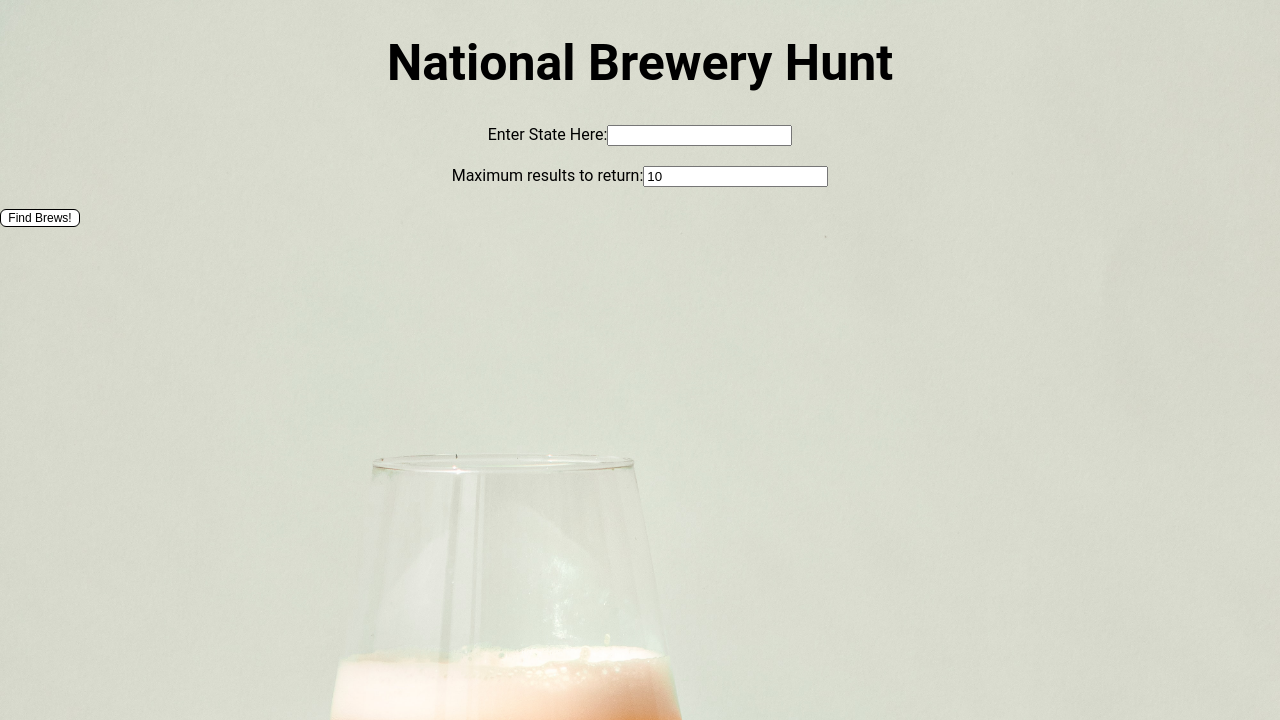
Repository: kaitlynMidori/searchBrews
Page: index.html
The author's editor kept a copy of each file at every save. The page is drawn from the files as they stood at one save, then again after the next save.
The browser window is 1280 px wide. The pictures show the whole page.

Above is the page before, as saved 2021-01-08 14:15:44.

### index.html
<!DOCTYPE html>
<html lang="en">

<head>
    <meta charset="UTF-8" />
    <meta name="viewport" content="width=device-width, initial-scale=1.0" />
    <meta http-equiv="X-UA-Compatible" content="ie=edge" />
    <title>National Brewery Hunt</title>
    <link rel="stylesheet" href="style.css" />
</head>

<body>
    <div id="container">
        <h1>National Brewery Hunt</h1>

        <form id="search-form">
            <p>
                <label for="by_state">Enter State Here:</label>
                    <input type="text" name="by_state" id="by_state" required />
            </p>

            <p>
                <label for="max-results">Maximum results to return: </label>
                    <input type="number" name="max-results" id="max-results" value="10" />
            </p>

                <input type="submit" value="Find Brews!" class="submit" />
        </form>

        <p id="error-message"></p>
        <section id="results" class="hidden">
            <h2>Search results</h2>
            <ol id="results-list"></ol>
        </section>
    </div>
    <script src="https://code.jquery.com/jquery-3.3.1.js" integrity="sha256-2Kok7MbOyxpgUVvAk/HJ2jigOSYS2auK4Pfzbm7uH60=" crossorigin="anonymous"></script>
    <script src="app.js"></script>
</body>

</html>
<!-- This app doesn't follow a11y best practices, and the JS file is incomplete. Complete the getBreweries, displayResults, and watchSubmit functions. When you're done, this app should allow a user to search for a state, and display a list of breweries in that state. The list should include the brewery's name and a link to their website. You should make requests to this API: https://www.openbrewerydb.org/ . Make any necessary adjustments to make this app accessible. -->

### style.css

body {
    font-family: "Roboto", sans-serif;
    color: black;
    margin: 0;
    background: cover;
    background-image: url("screenshots/beer.jpg");
    background-repeat: repeat;
    background-size: cover;
    background-color: black;
}

.results-amount {
    border: 1px solid black;
    font-size: 12px;
    text-align: center;
}

.hidden {
    display: none;
}

h1  {
    text-align: center;
    font-size: 50px;
}

/* .search-form {
    text-align: center;
    display: flex;
    flex-direction: column;
    width: auto;
    border: 1px solid black;
    padding: 30px;
    margin-left: 100px;
    margin-right: 100px;
    margin-bottom: 50px;
    border-radius: 8px;
} */

legend {
    text-align: center;
}

p {
    margin: 5px;
    display: flex;
    width: auto;
    justify-content: center;
    margin: 20px 0 20px 0;
}

.results-amount {
    margin: auto;
    width: 50px;
    height: 25px;
    padding: 0px;
    text-align: center;
    margin-bottom: 10px;
    margin-top: 10px;
    border-radius: 6px;
}

.submit {
    border: 1px solid black;
    background-color: white;
    justify-content: center;
    margin-left: auto;
    margin-right: auto;
    width: 80px;
    height: 18px;
    border-radius: 6px;
    padding: 1px;
    font-size: 12px;
}

form .submit {
    justify-content: center;
}


.submit:hover {
    cursor: pointer;
}

.results-amount:hover {
    cursor: text;
}


/*Results Styling*/

.results-display-container {
    margin: auto;
}

.single-result {
    border: 1px solid rgb(177, 175, 175);
    margin: auto;
    border-radius: 8px;
    box-shadow: -1px 2px rgb(209, 209, 209);
    padding: 15px;
    width: 1000px;
    margin-bottom: 15px;
}

### app.js
"use strict";

const searchURL = ("https://api.openbrewerydb.org/breweries");

 //format query params
function formatQueryParams(params) {
    //return object array with params
   const queryItems = Object.keys(params)
   //produce object map param string key
     .map(key => `${key}=${params[key]}`)
     //return array as string
   return queryItems.join('&');
 }

function displayResults(responseJson, maxResults) {

    // if there are previous results, remove them
    console.log(responseJson);
    $("#results-list").empty();

    // iterate through the data array
    // list brewery name, city, url
    for (let i = 0; i < responseJson.length; i++) {
    $("#results-list").append(`<li class="each-product-result">

    <h3 class="product-name">${responseJson[i].name}</h3>
    <p class="product-price">${responseJson[i].city}</p>
    <p>Brewery page: <a href=${responseJson[i].website_url}>${responseJson[i].website_url}</a></p><br>
    <br>
    </li>`
      )
  };
    //display the results section
    $("#results").removeClass("hidden");
}

//getBreweries function
function getBreweries(query, maxResults) {
    //set API paramaters
    const params = {
        by_state: query,
        per_page: maxResults,
    };
    //declare queryString as formatQueryParams
    const queryString = formatQueryParams(params);
    //declare url to bind user input string to searchUrl
    const url = searchURL + "?" + queryString;
    console.log(url);
    //initiate fetch request using pure promise to get JSON object
    fetch(url)
    //check for resolved promise
        .then((response) => {
            // if response = true
            if (response.ok) {
                //return response object
                return response.json();
            }
            //raise exception to reject promise error and trigger .catch
            throw new Error(response.statusText);
        })
        .then((responseJson) => displayResults(responseJson, maxResults))
        //Catch any errors and return message
        .catch((err) => {
            $("#error-message").text(`Something went wrong: ${err.message}`);
        });
}

function watchForm() {
    // Bind an event handler to the “submit” JavaScript event
    $("form").submit((event) => {
        // If this method is called, the default action of the event will not be triggered.
        event.preventDefault();
        let by_state = $("#by_state").val();
	// by_state = by_state.replace(/\s/g, '');
        const maxResults = $("#max-results").val();
        getBreweries(by_state, maxResults);
    });
}

//call jQuery to pass in callback function when page loads
$(watchForm);

After the next save:
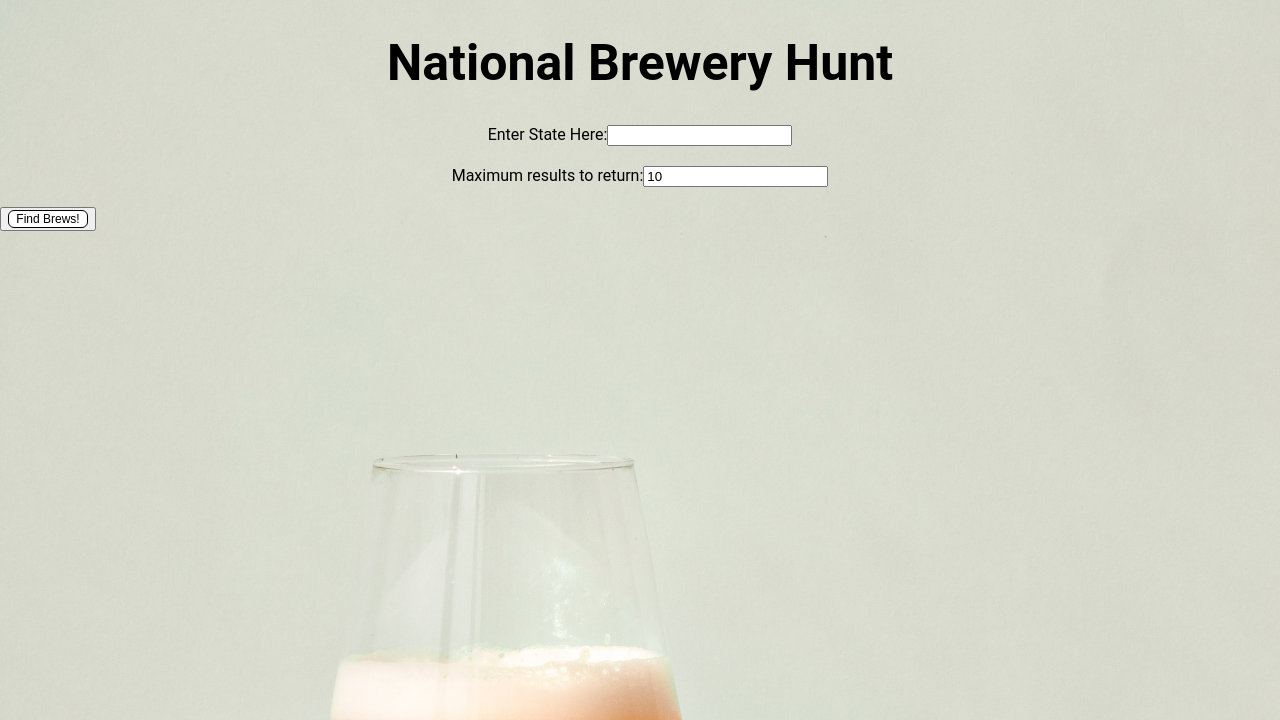
Saved 2 min 38 s later.
--- a/index.html
+++ b/index.html
@@ -23,8 +23,8 @@
                 <label for="max-results">Maximum results to return: </label>
                     <input type="number" name="max-results" id="max-results" value="10" />
             </p>
+                <button><input type="submit" value="Find Brews!" class="submit" /></button>
 
-                <input type="submit" value="Find Brews!" class="submit" />
         </form>
 
         <p id="error-message"></p>

After the save that followed:
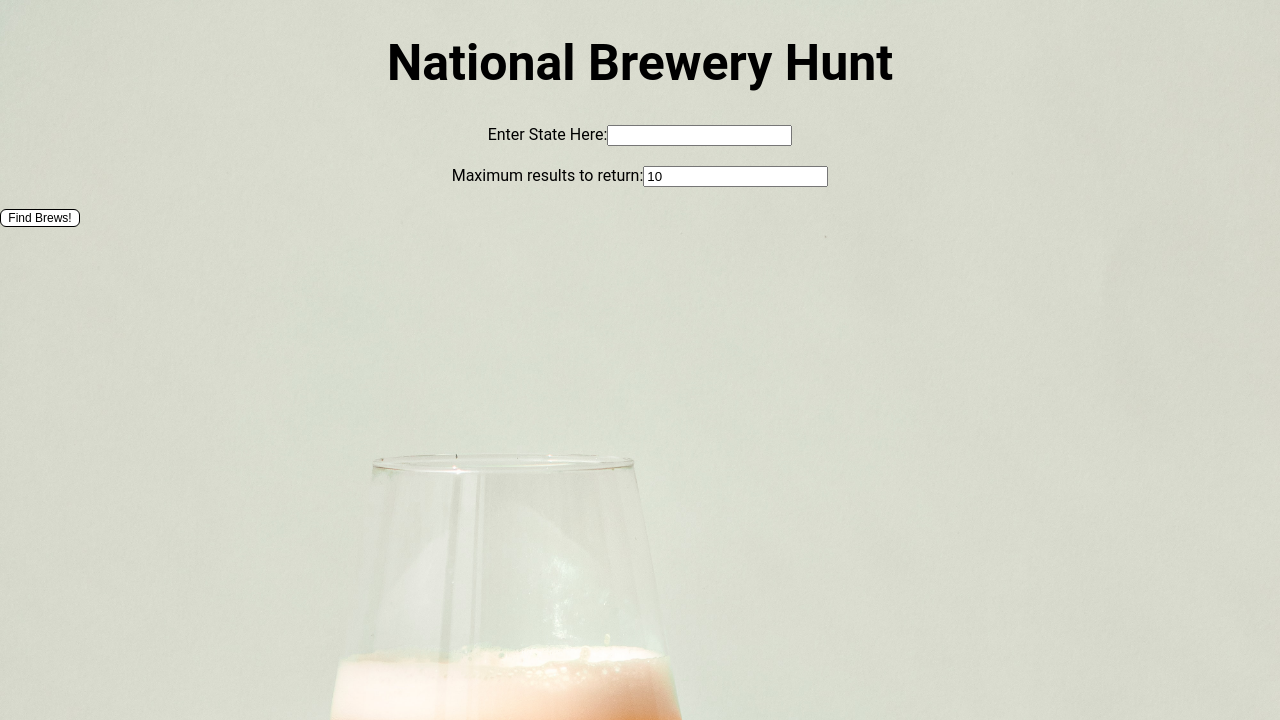
Saved 74 s later.
--- a/index.html
+++ b/index.html
@@ -23,8 +23,8 @@
                 <label for="max-results">Maximum results to return: </label>
                     <input type="number" name="max-results" id="max-results" value="10" />
             </p>
-                <button><input type="submit" value="Find Brews!" class="submit" /></button>
 
+                <input type="submit" value="Find Brews!" class="submit" />
         </form>
 
         <p id="error-message"></p>
